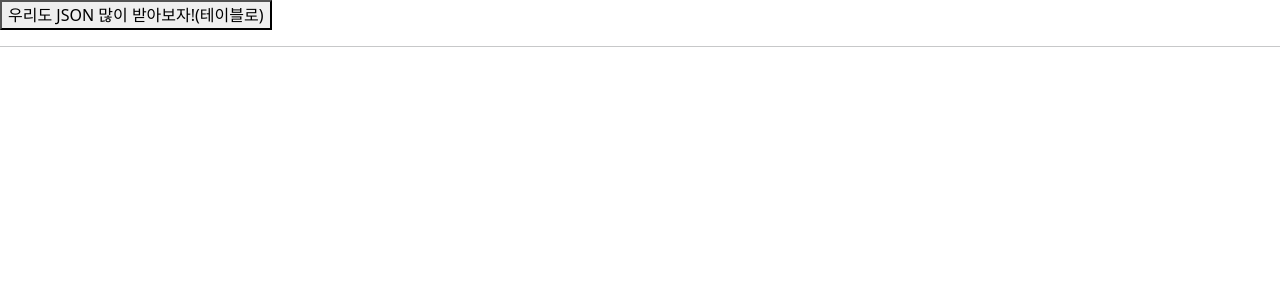
Repository: JayMon0327/Multicampus
Page: http://localhost/spring03/rest_book_db.jsp
The author's editor kept a copy of each file at every save. The page is drawn from the files as they stood at one save, then again after the next save.
The browser window is 1280 px wide. The pictures show the whole page.
The page is served by Tomcat 9. Nobody is signed in. The application's start-up code is not run. Other server files are loaded and not shown.

Above is the page before, as saved 2022-12-09 06:31:20.

### spring03/src/main/webapp/rest_book_db.jsp
<%@ page language="java" contentType="text/html; charset=UTF-8"
    pageEncoding="UTF-8"%>
<!DOCTYPE html>
<html>
<head>
<meta charset="UTF-8">
<title>Insert title here</title>
<script src="https://code.jquery.com/jquery-3.6.0.js"></script>
<link
	href="https://cdn.jsdelivr.net/npm/bootstrap@5.2.3/dist/css/bootstrap.min.css"
	rel="stylesheet">
<link rel="stylesheet" href="resources/css/out.css">
<script
	src="https://cdn.jsdelivr.net/npm/bootstrap@5.2.3/dist/js/bootstrap.bundle.min.js"></script>
<script type="text/javascript">
	$(function() {
		$('#b2').click(function() {
			$.ajax({
				url : "jsonBook",
				dataType : "json",
				success : function(array) {
					$('#d2').empty()
					$('#d1').empty()
					//alert(array)
					//alert(array[0].id)
					for(i = 0; i < array.length; i++){
						console.log(array[i].id + " "+ array[i].img)
						$('#d1').append(
								"아이디: " + array[i].id +
								" 북마크이름: " + array[i].name +
								" url: <a href=" + array[i].url + ">GO URL</a>" +
								" img: <img src=" + array[i].img + " width=100 height=100><br>"
						)//d1
					}//for
				} //success
			})//ajax
		}) //b2
		$('#b3').click(function() {
			$.ajax({
				url : "jsonBook",
				dataType : "json",
				success : function(array) {
					$('#d2').empty()
					$('#d2').append("<table border='1' class='table table-striped table-hover'><tr><td>아이디</td><td>북마크이름</td><td>url</td><td>img</td></tr>")
					for(i = 0; i < 5; i++){
						console.log(array[i].id + " "+ array[i].img)
						$('#d2').append(
								"<tr  class='table table-striped table-hover''>" +
								"<td>" + array[i].id +
								"</td><td>" + array[i].name +
								"</td><td><a href=" + array[i].url + ">GO URL</a>" +
								"</td><td>img: <img src=resources/img/" + array[i].img + " width=100 height=100>" +
								"</td></tr>"
						)//d2
					}//for
					$("#d2").append("</table>")
				} //success
			})//ajax
		}) //b3
	}) //$
</script>
</head>
<body>
<button id="b3">우리도 JSON 많이 받아보자!(테이블로)</button>
<hr>
<div id="d2"></div>
</body>
</html>

### spring03/src/main/webapp/resources/css/out.css
@charset "UTF-8";
td{
	width: 100px;
}

After the next save:
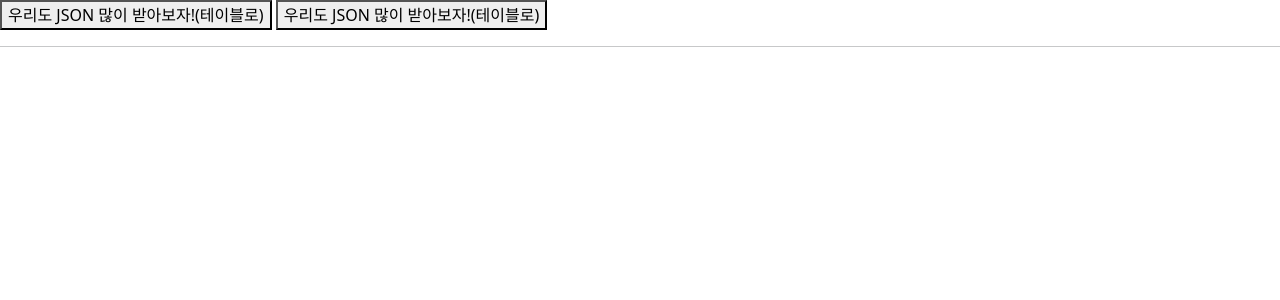
Saved 7 s later.
--- a/spring03/src/main/webapp/rest_book_db.jsp
+++ b/spring03/src/main/webapp/rest_book_db.jsp
@@ -62,6 +62,7 @@
 </head>
 <body>
 <button id="b3">우리도 JSON 많이 받아보자!(테이블로)</button>
+<button id="b1">우리도 JSON 많이 받아보자!(테이블로)</button>
 <hr>
 <div id="d2"></div>
 </body>

After the save that followed:
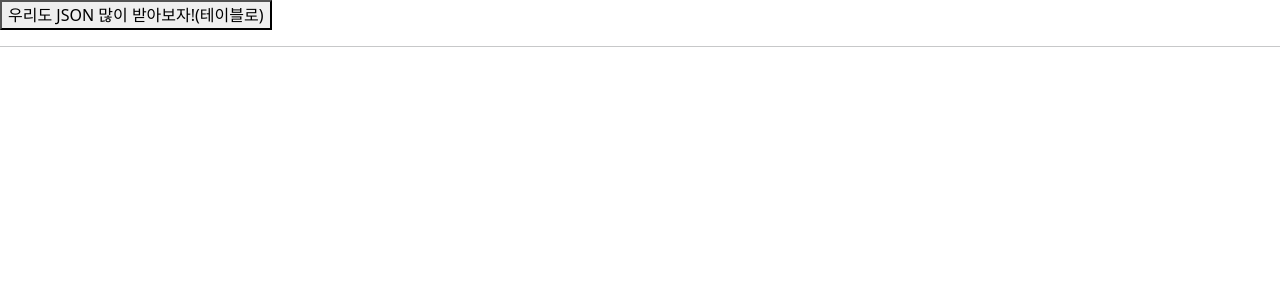
Saved 5 s later.
--- a/spring03/src/main/webapp/rest_book_db.jsp
+++ b/spring03/src/main/webapp/rest_book_db.jsp
@@ -62,7 +62,6 @@
 </head>
 <body>
 <button id="b3">우리도 JSON 많이 받아보자!(테이블로)</button>
-<button id="b1">우리도 JSON 많이 받아보자!(테이블로)</button>
 <hr>
 <div id="d2"></div>
 </body>
